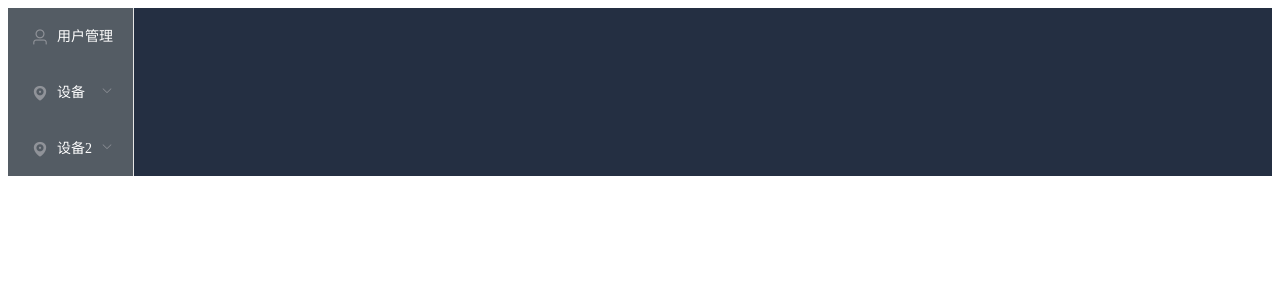
Repository: LtheW/library-management
Page: /
These files come from the project's save history. The page is drawn as it stood at one moment and after the next save; the edit follows.
The browser window is 1280 px wide. The pictures show the whole page.
The project was rebuilt for these pictures with package versions that can differ from the ones it lists, and the page was loaded fresh each time. Also part of the build but not shown: src/components/HelloWorld.vue, src/views/Home.vue.

Above is the page before, as saved 2022-05-27 15:36:20.

### src/main.js
import Vue from 'vue'
import App from './App.vue'
import router from './router'
import store from './store'
import ElementUI from 'element-ui';
import 'element-ui/lib/theme-chalk/index.css';
Vue.use(ElementUI);

Vue.config.productionTip = false

new Vue({
  router,
  store,
  render: h => h(App)
}).$mount('#app')

### src/App.vue
<template>
  <div id="app">
    <router-view/>
  </div>
</template>

<script>
export default {
  name: 'App'
}
</script>

<style>
body .el-table th.gutter{
    display: table-cell!important;
}

body .el-table colgroup.gutter{
    display: table-cell!important;
}
</style>

### src/router/index.js
import Vue from 'vue'
import VueRouter from 'vue-router'
import Home from '../views/Home.vue'
import Main from '../views/Main.vue'

Vue.use(VueRouter)

const routes = [
  {
    path: '/',
    name: 'Main',
    component: () => import('@/views/Main')
  },
  {
    path: '/about',
    name: 'About',
    // route level code-splitting
    // this generates a separate chunk (about.[hash].js) for this route
    // which is lazy-loaded when the route is visited.
    component: () => import(/* webpackChunkName: "about" */ '../views/About.vue')
  },
  {
    path: '/main',
    name: 'Main',
    component: () => import('@/views/Main')
  },
]

const router = new VueRouter({
  routes
})

export default router

### src/views/Main.vue
<template>
  <el-container style="height: 100%">
    <el-aside width="auto" height="100%">
      <common-aside></common-aside>
    </el-aside>
    <el-container>
      <el-header>
        <common-header></common-header>
      </el-header>
      <el-main>
        <router-view />
      </el-main>
    </el-container>
  </el-container>
</template>

<script>
import CommonHeader from "../components/CommonHeader.vue";
import CommonAside from "../components/CommonAsides.vue";

export default {
  name: "Main",
  components: { "common-aside":CommonAside, CommonHeader },
};
</script>

<style scoped>
.el-header {
  background: #242F42;
}
.el-main {
  padding-top: 20rpx;
  background: #242F42;
}
</style>

### src/components/CommonHeader.vue
<el-page-header @back="goBack" content="详情页面">
</el-page-header>

<script>
  export default {
    methods: {
      goBack() {
        console.log('go back');
      }
    }
  }
</script>

### src/components/CommonAsides.vue
<template>
  <!--collapse 是否水平折叠收起菜单-->
  <el-menu
    :default-active="$route.path"
    router
    unique-opened
    class="el-menu-vertical-demo"
    background-color="#545c64"
    text-color="#fff"
    active-text-color="#ffd04b"
  >
    <!--是否水平折叠收起菜单 会影响这里字段的显示 -->
    <!-- <h3 v-show="isCollapse">偶囧</h3> -->
    <!-- <h3 v-show="!isCollapse">偶囧后台管理系统</h3> -->
    <el-menu-item :index="item.path" v-for="item in noChildren" :key="item.path" @click="clickMenu(item)">
      <i :class="'el-icon-' + item.icon"></i>
      <span slot="title">{{ item.label }}</span>
    </el-menu-item>
    <el-submenu :index="item.label" v-for="(item, index) in hasChildren" :key="index">
      <template slot="title">
        <i :class="'el-icon-' + item.icon"></i>
        <span slot="title">{{ item.label }}</span>
      </template>
      <el-menu-item-group>
        <el-menu-item :index="subItem.path" v-for="(subItem, subIndex) in item.children" :key="subIndex" @click="clickMenu(subItem)">
          <i :class="'el-icon-' + subItem.icon"></i>
          <span slot="title">{{ subItem.label }}</span>
        </el-menu-item>
      </el-menu-item-group>
    </el-submenu>
  </el-menu>
</template>

<script>
export default {
  //计算属性
  computed: {
    //没有子菜单
    noChildren() {
      return this.menu.filter(item => !item.children)
    },
    //有子菜单 (这样设置会有一个问题 就是有子菜单的 永远会在没有子菜单的下面）
    hasChildren() {
      return this.menu.filter(item => item.children)
    },
    // isCollapse() {
    //   // 这里的数据就是从vuex取得
    //   return this.$store.state.tab.isCollapse
    // }
  },
  data() {
    return {
      menu: [
        {
          path: '/user',
          name: 'user',
          label: '用户管理',
          icon: 'user',
        //   url: 'UserManage/UserManage'
        },
        {
          label: '设备',
          icon: 'location',
          children: [
            {
              path: '/equipmentList',
              name: 'equipmentList',
              label: '设备列表',
              icon: 'setting',
              url: 'Other/PageOne'
            },
            {
              path: '/equipmentClass',
              name: 'equipmentClass',
              label: '设备类别',
              icon: 'setting',
              url: 'Other/PageTwo'
            },
             {
              path: '/test',
              name: 'test',
              label: '测试',
              icon: 'setting',
              url: 'Other/PageTwo'
            }
          ]
        },
        {
          label: '设备2',
          icon: 'location',
          children: [
            {
              path: '/page1',
              name: 'page1',
              label: '设备列表',
              icon: 'setting',
              url: 'Other/PageOne'
            },
            {
              path: '/page2',
              name: 'page1',
              label: '设备类别',
              icon: 'setting',
              url: 'Other/PageTwo'
            },
             {
              path: '/page3',
              name: 'page3',
              label: '测试',
              icon: 'setting',
              url: 'Other/PageTwo'
            }
          ]
        }
      ]
    }
  },
  methods: {
    //跳转路由 根据名称跳转
    clickMenu(item) {
      // this.$router.push({ name: item.name })
    }
  }
}
</script>

Loaded but not shown: public/index.html (common file); src/store/index.js (common file)

After the next save:
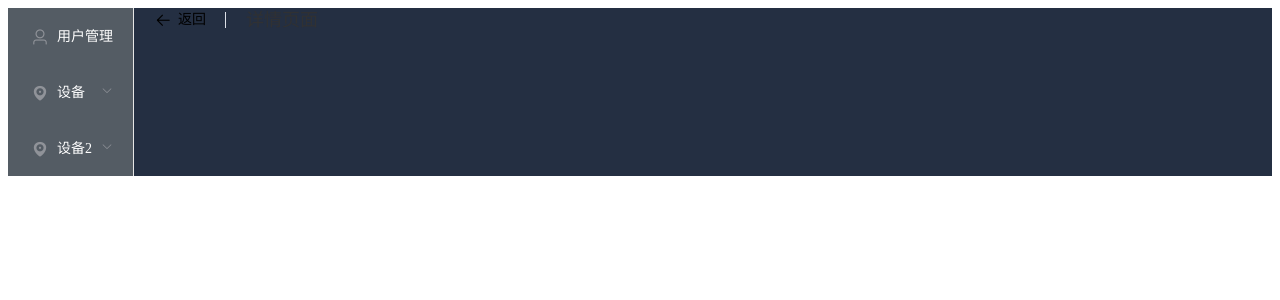
Saved 114 s later.
--- a/src/components/CommonHeader.vue
+++ b/src/components/CommonHeader.vue
@@ -1,5 +1,8 @@
-<el-page-header @back="goBack" content="详情页面">
+<template>
+  <el-page-header @back="goBack" content="详情页面">
 </el-page-header>
+</template>
+
 
 <script>
   export default {
